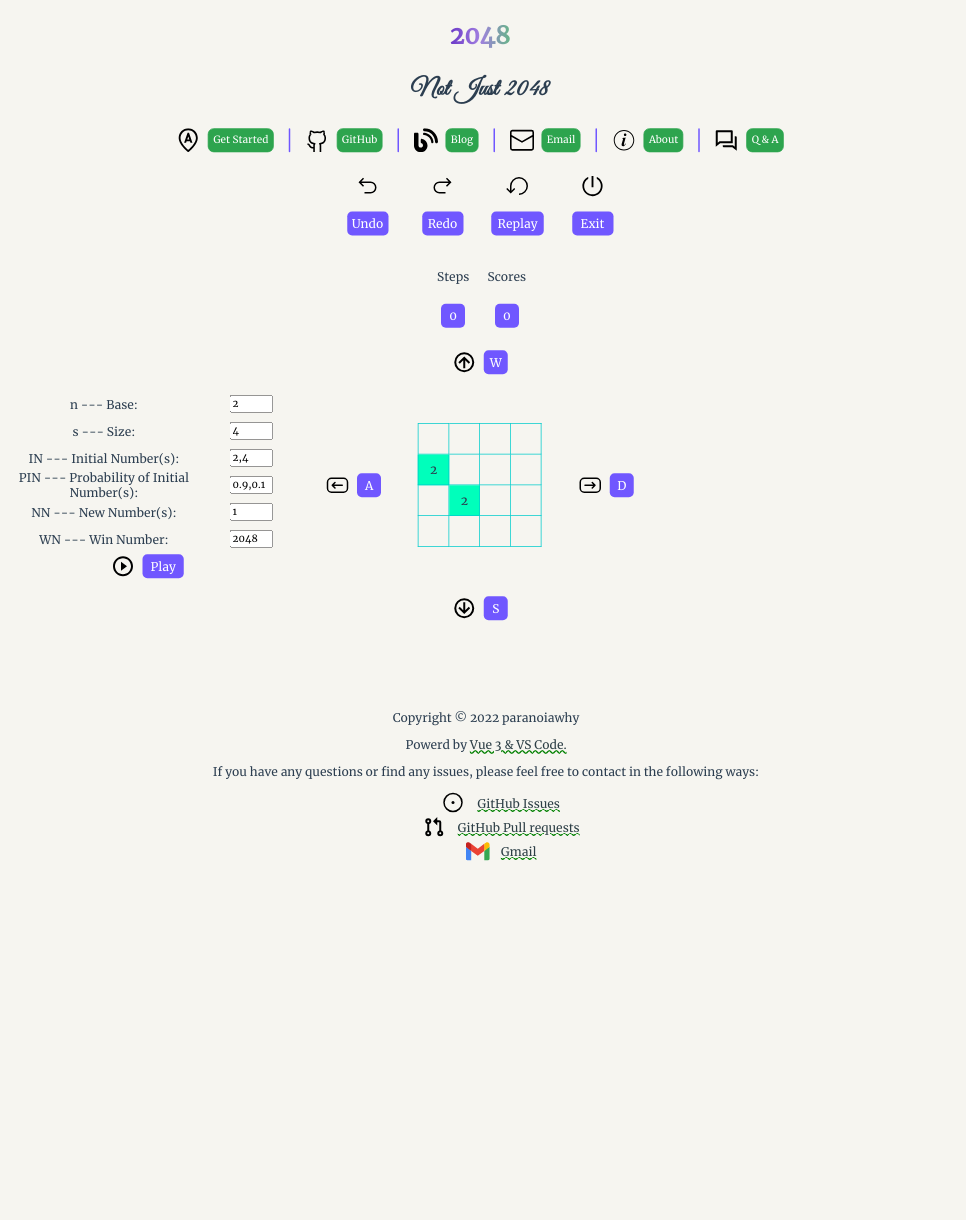
Repository: 321paranoiawhy/2048
Page: /
An editor plug-in stored every save of this project. The page is shown before and after the next save, followed by the edit.
The browser window is 1280 px wide. The page is 1288 px wide, so the pictures cover 1288 px, including what lies to the right of the window. The pictures show the whole page, at 75% of full size.
The project was rebuilt for these pictures with package versions that can differ from the ones it lists, and the page was loaded fresh each time. Also part of the build but not shown: vue.config.js.

Above is the page before, as saved 2022-04-29 20:54:47.

After the next save:
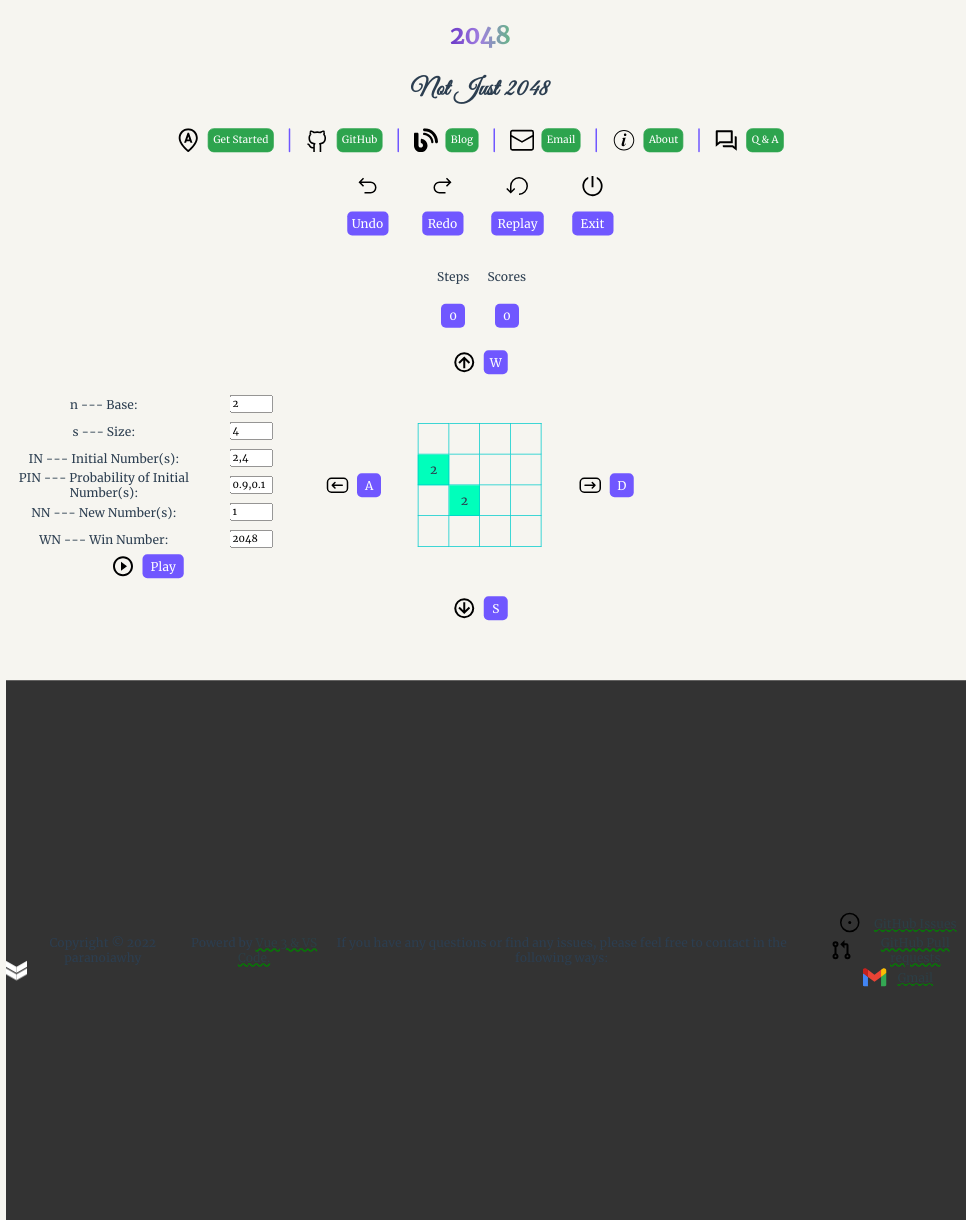
Saved 21 s later.
--- a/src/components/footer.vue
+++ b/src/components/footer.vue
@@ -59,13 +59,13 @@ footer a {
     color: #2c3e45;
 }
 footer {
-    // display: flex;
-    // justify-content: center;
-    // align-items: center;
+    display: flex;
+    justify-content: center;
+    align-items: center;
     position: absolute;
     width: 100%;
     height: 100%;
-    // background: #333;
+    background: #333;
 
     margin-top: 80px;
     & .double-arrow-down {
@@ -118,7 +118,7 @@ footer {
     top: 0;
     height: 100%;
     width: 51%;
-    // background: #fff;
+    background: #fff;
 }
 
 .chevron:before {
